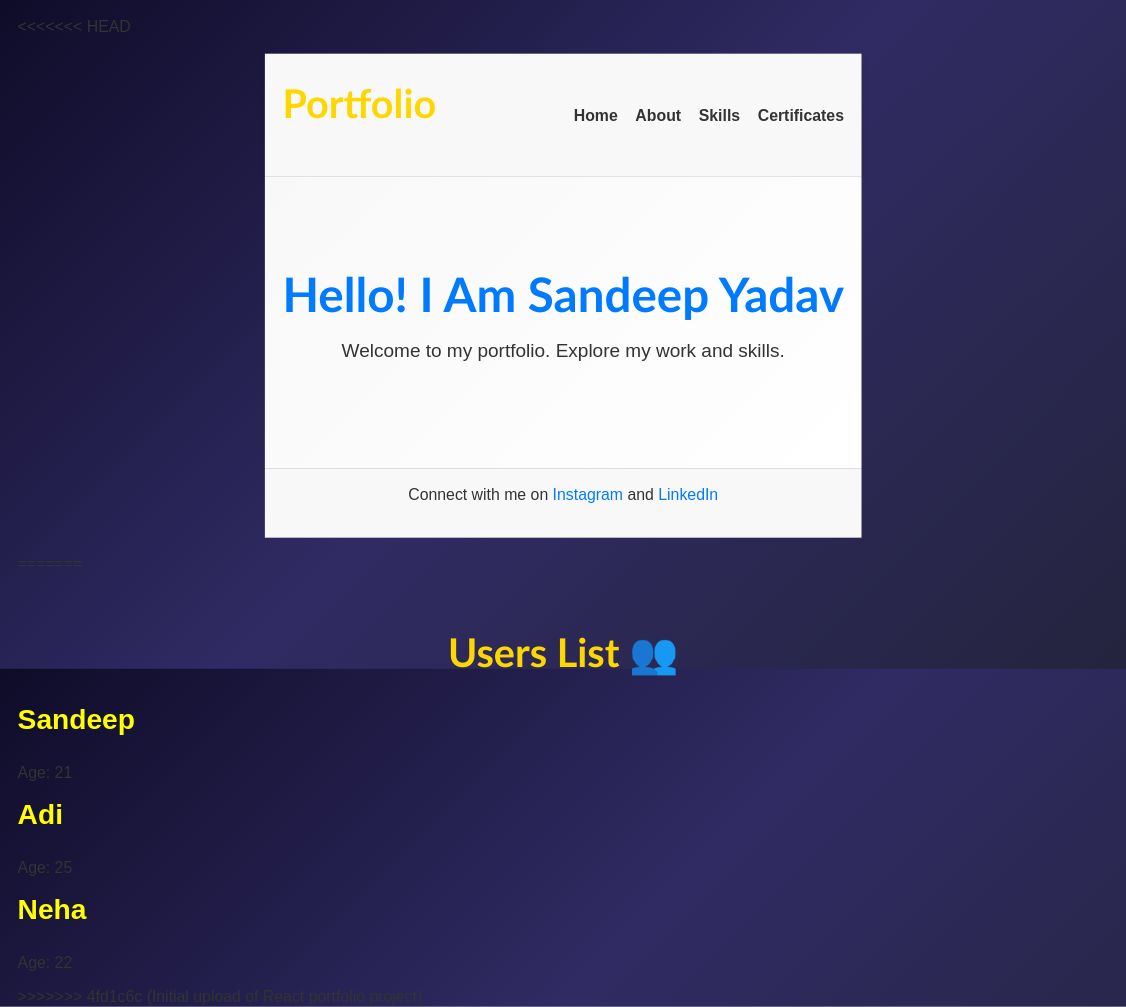
Repository: SandeepYadav18717/Sandeep_portfolio
Page: /
An editor plug-in stored every save of this project. The page is shown before and after a run of saves, followed by the edit.
The browser window is 1280 px wide. The pictures show the whole page, at 88% of full size.
The project was rebuilt for these pictures with package versions that can differ from the ones it lists, and the page was loaded fresh each time. Also part of the build but not shown: vite.config.js, src/index.css, src/App.css, src/Navbar/Navbar.jsx, src/Pages/Home.css, src/Pages/Index.jsx, src/Cards/Cards.jsx, src/Pages/Skills.jsx and 3 more.

Above is the page before, as saved 2025-09-01 08:05:34.

### index.html
<<<<<<< HEAD
 <!DOCTYPE html>
<html lang="en">
<head>
    <meta charset="UTF-8">
    <meta name="viewport" content="width=device-width, initial-scale=1.0">
    <title>Portfolio - Sandeep Yadav</title>
    <style>
        body {
            margin: 0;
            font-family: 'Arial', sans-serif;
            background-color: #ffffff;
            color: #333333;
            height: 100vh;
            display: flex;
            flex-direction: column;
            justify-content: space-between;
        }

        .container {
            max-width: 1200px;
            margin: 0 auto;
            padding: 20px;
            flex: 1;
        }

        .navbar {
            display: flex;
            justify-content: space-between;
            align-items: center;
            padding: 20px;
            background-color: #f8f8f8;
            box-shadow: 0 4px 8px rgba(0, 0, 0, 0.1);
            animation: slideIn 1s ease-out;
        }

        .navbar ul {
            list-style: none;
            display: flex;
            gap: 20px;
        }

        .navbar ul li {
            display: inline;
        }

        .navbar ul li a {
            color: #333333;
            text-decoration: none;
            font-weight: bold;
            transition: color 0.3s;
        }

        .navbar ul li a:hover {
            color: #007bff;
        }

        .hero {
            text-align: center;
            padding: 100px 20px;
            background: linear-gradient(135deg, #f8f8f8, #ffffff);
            animation: fadeIn 2s ease-in-out;
            flex: 1;
        }

        .hero h1 {
            font-size: 3em;
            margin: 0;
            color: #007bff;
            animation: bounceIn 1.5s ease-in-out;
        }

        .hero p {
            font-size: 1.2em;
            margin: 20px 0;
            color: #333333;
            animation: fadeIn 2s ease-in-out;
        }

        .hero a {
            display: inline-block;
            padding: 10px 20px;
            color: #ffffff;
            background-color: #007bff;
            text-decoration: none;
            border-radius: 5px;
            transition: background-color 0.3s;
            animation: fadeIn 2s ease-in-out;
        }

        .hero a:hover {
            background-color: #0056b3;
        }

        .footer {
            text-align: center;
            padding: 20px;
            background-color: #f8f8f8;
            animation: slideIn 1s ease-out;
        }

        .footer a {
            color: #007bff;
            text-decoration: none;
        }

        @keyframes slideIn {
            from {
                transform: translateY(-100%);
                opacity: 0;
            }
            to {
                transform: translateY(0);
                opacity: 1;
            }
        }

        @keyframes fadeIn {
            from {
                opacity: 0;
            }
            to {
                opacity: 1;
            }
        }

        @keyframes bounceIn {
            0%, 20%, 40%, 60%, 80%, 100% {
                transform: translateY(0);
            }
            50% {
                transform: translateY(-20px);
            }
        }
    </style>
</head>
<body>
    <div class="container">
        <nav class="navbar">
            <div class="logo">
                <h1>Portfolio</h1>
            </div>
            <ul>
                <li><a href="index.html">Home</a></li>
                <li><a href="about sandeep.html">About</a></li>
                <li><a href="Sandeep port experience.html">Skills</a></li>
                <li><a href="Sandeep port certifications.html">Certificates</a></li>
            </ul>
        </nav>

        <section class="hero" id="home">
            <h1>Hello! I Am Sandeep Yadav</h1>
            <p>Welcome to my portfolio. Explore my work and skills.</p>

        </section>

        <footer class="footer">
            <p>Connect with me on <a href="https://instagram.com/sandeepyadav782707?utm_source=qr&igshid=ZDc4ODBmNjlmNQ%3D%3D">Instagram</a> and <a href="https://www.linkedin.com/in/sandeep-yadav-0b6357210">LinkedIn</a></p>
        </footer>
    </div>
</body>
</html>
=======
<!doctype html>
<html lang="en">
  <head>
    <meta charset="UTF-8" />
    <link rel="icon" type="image/svg+xml" href="/vite.svg" />
    <meta name="viewport" content="width=device-width, initial-scale=1.0" />
    <title>Vite + React</title>
  </head>
  <body>
    <div id="root"></div>
    <script type="module" src="/src/main.jsx"></script>
  </body>
</html>
>>>>>>> 4fd1c6c (Initial upload of React portfolio project)

### src/App.jsx
import { useState } from 'react'
import reactLogo from './assets/react.svg'
import viteLogo from '/vite.svg'
import './App.css'
import Navbar from './navbar/Navbar'
import Home from './Pages/Index.jsx'
import Cards, { Card } from './Cards/Cards.jsx'
import Skills from './Pages/Skills.jsx'
import Index from './Pages/Index.jsx'
import Cert from './Certifitae/Certi.jsx'
import Contact from './Contact/contact.jsx'
import Checkbox from "./Practice/Checkbox.jsx"







function App() {

  return (
    <>
   <Checkbox/>







    </>
  )
}

export default App

### src/Practice/Checkbox.jsx
import { useState } from "react";

function Checkbox() {
  // const [gender, setGender] = useState("");

  // function handleChange(event) {
  //   setGender(event.target.value);
  // }

  // return (
  //   <>
      {/* <h1>Gender: {gender}</h1>

      <input
        type="radio"
        name="gender"
        id="male"
        value="Male"
        onChange={handleChange}
      />
      <label htmlFor="male">Male</label>

      <input
        type="radio"
        name="gender"
        id="female"
        value="Female"
        onChange={handleChange}
      />
      <label htmlFor="female">Female</label> */}

  const users = [
    { id: 1, name: "Sandeep", age: 21 },
    { id: 2, name: "Adi", age: 25 },
    { id: 3, name: "Neha", age: 22 },
  ];

  return (
    <>
    <div>
      <h1>Users List 👥</h1>
      {users.map((user) => (
        <div key={user.id}>
          <h3>{user.name}</h3>
          <p>Age: {user.age}</p>
        </div>
      ))}
    </div>

    </>
  );
}

export default Checkbox;

### src/Navbar/Navabr.css
@import url('https://fonts.googleapis.com/css2?family=Press+Start+2P&display=swap');

#container {
    height: 70px;
    width: 100%;
    display: flex;
    justify-content: space-evenly;
    align-items: center;
    font-family: 'Press Start 2P', cursive;
    color: #4e3940;
    background-color: transparent;
    transition: all 0.2s ease-in-out;
}
#container

.nav-item {
    padding: 10px 25px;
    border-radius: 10px;


    transition: all 0.4s ease;
}

#container .nav-item:hover {
    text-shadow: 2px 2px 5px whitesmoke;
    box-shadow: 0 10px 20px rgba(0,0,0,0.5);
    transform: translateY(-10px) scale(1.1);
    background-color:  #4e3940;
    color: whitesmoke;
    cursor: pointer;
}

body{
    background: linear-gradient(135deg,black);
    height: 100vh;
}

### src/Cards/Card.css
@import url('https://fonts.googleapis.com/css2?family=Montserrat:wght@400;700&display=swap');

#card-contain{
    display: flex;

    height:250px;
    margin-top: 10%;
    justify-content: center;
    border-radius: 25px;
    gap:4%



}


.Back {
  background: linear-gradient(135deg, #3a1c71, #d76d77, #ffaf7b);
  height: 250px;
  width: 250px;
  border-radius: 25px 80px 25px  80px;
  border: 3px double gold;
   margin-left: 0px;
   padding-left: 20px;
   padding-top: 20px;
  transition: transform 0s ease;
  box-shadow: 5px 10px 18px 5px black ;
  animation: card 1s ease-in-out 0s;

}
@keyframes card {
  0%{
    transform: scale(0.5);
    opacity: 0;


  }


  100%{
    transform: scale(1);
    opacity: 200;
  }

}

.Back:hover {
 transform: rotateY(180deg);
 height:400px;
 color: wheat;
  background: linear-gradient(135deg, #0f0c29, #302b63, #24243e);
  border: 3px solid gold;
  box-shadow: 5px 10px 18px  crimson;
  font-family:'Montserrat' ;
}

.Back-X {
  background: linear-gradient(-135deg, #3a1c71, #d76d77, #ffaf7b);
  height: 250px;
  width: 250px;
  padding-left: 20px;
  padding-top: 50px;
  border-radius: 50px;
   margin-left: 0px;
  transition: transform 0s ease;
  box-shadow: 5px 10px 18px 10px black;


}
.Back-X:hover {
  transform: rotateX(180deg);
 height:400px;
 padding-top: 20px;
 color: wheat;
  background: linear-gradient(135deg, #0f0c29, #302b63, #24243e);
  border: 3px solid gold;
  box-shadow: 5px 10px 18px  crimson;
  font-family:'Montserrat' ;



}

.card-1,.card-3  {
  border-radius: 25px;
  height: 250px;
   margin-left: 40px;
  color: transparent;
  transition: transform 1s ease;


}
.card-1:hover {
  transform: rotateY(180deg);


}


.card-2,.card-4 {

  height: 450px;
  width: 250px;
  border-radius: 25px;
   margin-left: 40px;
  transition: transform 1s ease;
  color: transparent;

}

.card-2:hover {
  transform: rotatex(180deg);

}


.card-3:hover {
  transform: rotateY(180deg);
   color: wheat;
}

.card-4:hover {
  transform: rotateX(180deg);

}
body{
 background: linear-gradient(135deg, #0f0c29, #302b63, #24243e);
            color: #f8f8f8;
            min-height: 100vh;
            padding: 20px;
}
h3{
  color: yellow;
  font-size: xx-large;
  margin-top:0% ;
}
h3:hover{
  color: yellow;

  margin-top:0% ;
}
p{
  margin-top: 0%;
}

### src/Pages/Skills.css


h1 {
  text-align: center;
  color: gold;
  font-family: 'Gill Sans', 'Gill Sans MT', Calibri, 'Trebuchet MS', sans-serif;
  margin-top: 20px;
  font-size: 250%;
  margin-top: 5%;
}
#card-skill {
  height: 200px;
  display: flex;

  align-items: center;
  gap:2%;
  border-radius: 20px;
  color: white;
  width:100%




}
.card-skill-1,.card-skill-2,.card-skill-3,.card-skill-4{
    background-color:  rgba(15, 12, 41, 0.7);
    border: 1px solid gold;
    height:145px;
    width:250px;
    background: rgba(15, 12, 41, 0.5);
    border-radius: 25px;
    margin-left: 4%;
    margin-top: 5%;
    text-align: center;
    color: #ffd700


 ;


}
.card-skill-1:hover,.card-skill-2:hover,.card-skill-3:hover,.card-skill-4:hover,.card-skill.h3:hover{
    border-color: #ffd700;
    box-shadow: 10px 15px 15px rgba(255, 215, 0, 0.2),  0 2.5px 5px crimson;
    transform: scale(1.3);
    border:2px, double ,gold;

}
.card-skill.h3 {
  color: yellow;
  background: transparent;
  display: inline-block;
  font-size: 20px;
  transition: transform 0.3s ease, color 0.3s ease;
  height: 35px;
  width:250px;
}

### src/Contact/contact.css
body{
    background-color: azure;
    color: aqua;
    font-size: large;
}
.input-box {
             display: inline-flex;
            align-items: center;
            gap: 15px;
            margin-top: 2%;
            padding: 18px 40px;
            background: linear-gradient(135deg, var(--gold) 0%, #B8860B 100%);
            color: var(--dark);
            border: none;
            font-weight: 600;
            border-radius: 2px;
            transition: var(--transition);
            box-shadow: 0 10px 30px rgba(212, 175, 55, 0.3);
            cursor: pointer;



}
@keyframes input {
   25% {
    transform: translateY(-1225px);
  }
  50% {
    transform: translateZ(100px) translateY(100px);
  }
  75% {
    transform: translateZ(1225px);
  }
}


.input-box:focus {
  border-color: #007bff;
  box-shadow: -4px 15px 25px rgba(240, 241, 243, 0.5);
  width: 500px;

}
button{
    display: inline-flex;
            align-items: center;

            gap: 15px;
            padding: 18px 40px;
            background: linear-gradient(to right, #ff9966, #ff5e62);
            color: Gold;
            border: yellow;
            font-weight: 600;
            border-radius: 2px;
            transition: var(--transition);
            box-shadow: 0 10px 30px rgba(212, 175, 55, 0.3);
            cursor: pointer;
}
button:hover{
     transform: translateY(-3px);
            box-shadow: 0 15px 40px rgba(212, 175, 55, 0.4);
}
#heading{
    font-size: xxx-large;
    color:  #f9dcdc;
    text-shadow: 1px 1px 4px  gold;
    text-align: center;
}

Loaded but not shown: src/main.jsx (common file); src/index.css (no copy from this time; the picture is the same without it)

After the next 2 saves:
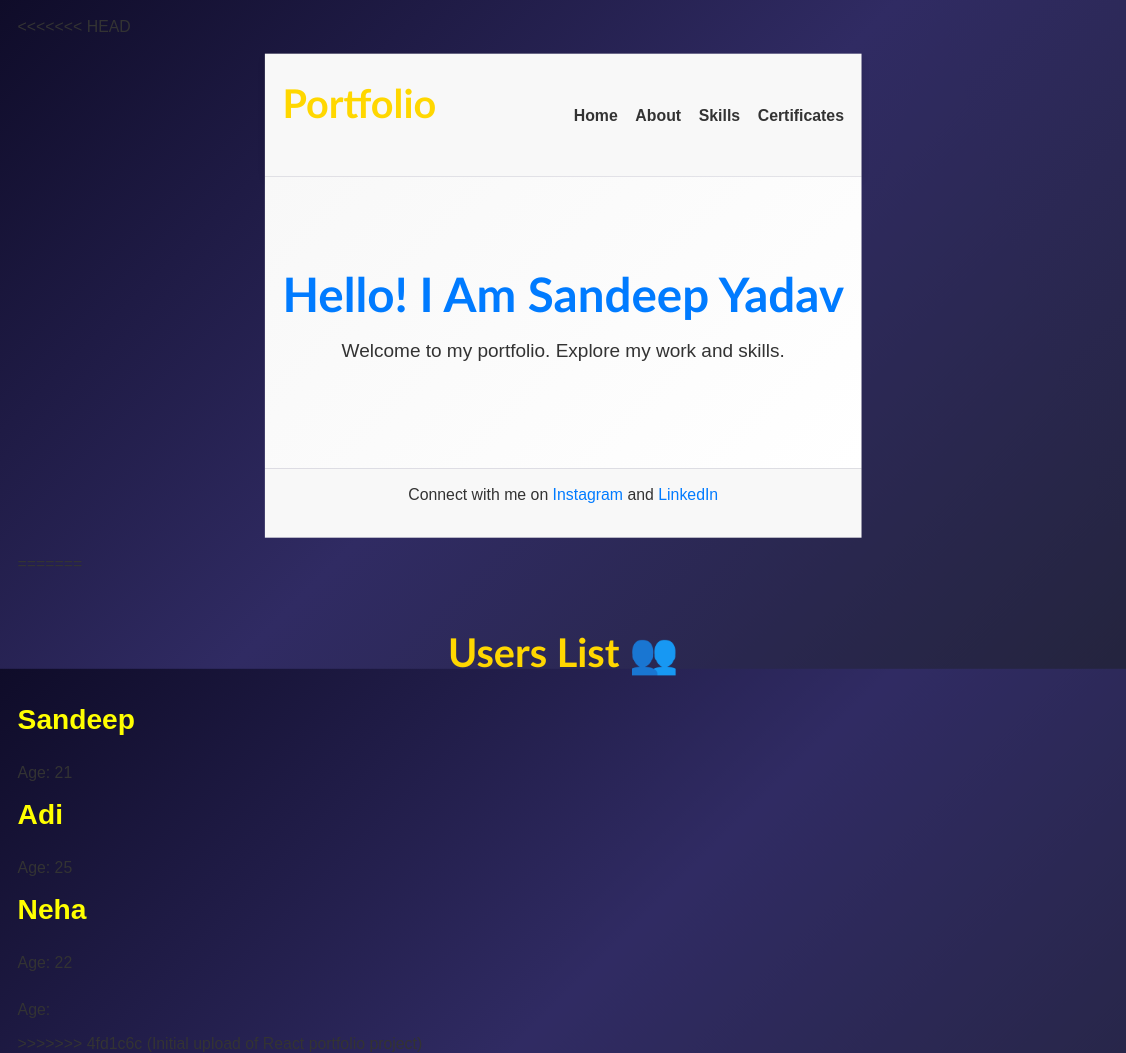
The 2 saves are shown as one change because they came seconds apart.
The last was saved 21 s later.
--- a/src/Practice/Checkbox.jsx
+++ b/src/Practice/Checkbox.jsx
@@ -33,6 +33,7 @@ function Checkbox() {
     { id: 1, name: "Sandeep", age: 21 },
     { id: 2, name: "Adi", age: 25 },
     { id: 3, name: "Neha", age: 22 },
+    {}
   ];
 
   return (
